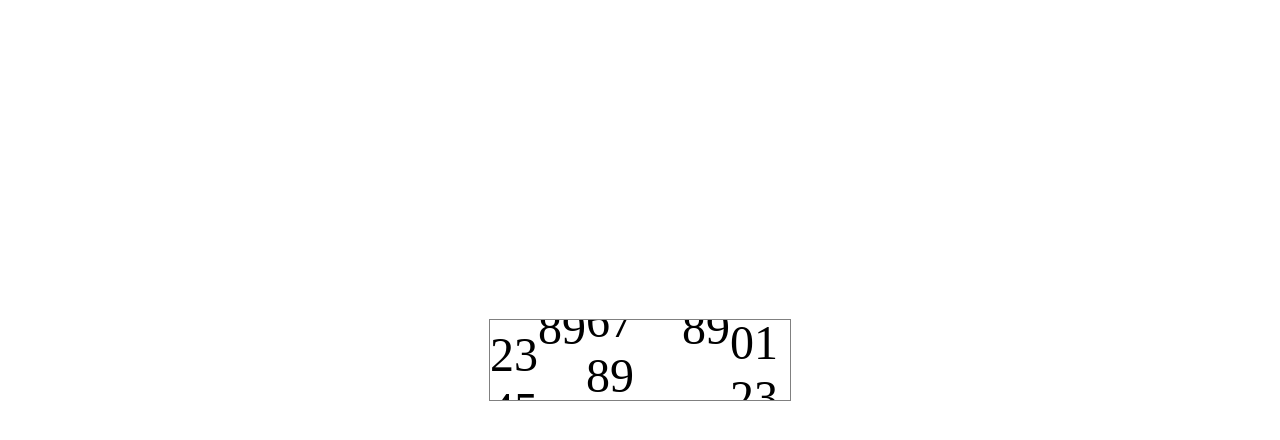
Repository: cbtpro/javascript
Page: src/animation-time/index.html
The author's editor kept a copy of each file at every save. The page is drawn from the files as they stood at one save, then again after the next save.
The browser window is 1280 px wide. The pictures show the whole page.

Above is the page before, as saved 2023-04-05 17:22:05.

### src/animation-time/index.html
<!DOCTYPE html>
<html lang="zh" dir="ltr">

<head>
  <meta charset="utf-8">
  <title>动画时间</title>
  <style type="text/css">
    * {
      margin: 0;
      padding: 0;
    }
    html,
    body {
      margin: 0;
    }

    .container {
      font-size: 12px;
      position: absolute;
      top: 50%;
      left: 50%;
      width: 300px;
      height: 80px;
      transform: translate(-50%, -50%);
      border: 1px gray solid;
      overflow: hidden;
    }

    .time-block {
      float: left;
      position: relative;
      font-size: 4em;
      width: 1em;
      text-align: center;
      word-wrap: break-word;
      transition: top 1s;
    }
  </style>
  <script type="text/javascript">
    /**
    * 生成安全随机数
    * @param {*} min 最小值（包含）
    * @param {*} max 最大值（包含）
    * @param {*} isFloat 是否带小数
    * @returns {number} 范围内随机数
    */
    const random = function (min = 0, max = 100, isFloat = false) {
      const array = new Uint32Array(1)
      const maxUint = 0xffffffff
      const randomNumber = crypto.getRandomValues(array)[0] / maxUint
      const randomRangeValue = (max - min + 1) * randomNumber + min
      return isFloat ? randomRangeValue : Math.floor(randomRangeValue)
    }
    // window.onload = () => {
    //   let timeBlocks = document.querySelectorAll('.time-block')
    //   setInterval(() => {
    //     let now = new Date()
    //     let timeStr = `${now.getHours()}${now.getMinutes()}${now.getSeconds()}`
    //     Array.from(timeStr, (num, i) => {
    //       let n = Number(num);
    //       timeBlocks.item(i).style.top = -83 * n + 'px';
    //     })
    //   }, 1000)
    // }
    const tick = (timeBlocks) => {
      let now = new Date()
      let timeStr = `${now.getHours()}${now.getMinutes()}${now.getSeconds()}`
      console.log(timeStr);
      Array.from(timeStr, (num, i) => {
        let n = Number(num);
        timeBlocks.item(i).style.top = -1 * n + 'em';
      })
    }
    const start = () => {
      let timeBlocks = document.querySelectorAll('.time-block')
      window.setTimeout(() => {
        tick(timeBlocks);
        start();
      }, 1000)
    };
    window.onload = () => {
      start();
    }
  </script>
</head>

<body>
  <div class="container">
    <div class="time-block">0123456789</div>
    <div class="time-block">0123456789</div>
    <div class="time-block">0123456789</div>
    <div class="time-block">0123456789</div>
    <div class="time-block">0123456789</div>
    <div class="time-block">0123456789</div>
  </div>
</body>

</html>

After the next save:
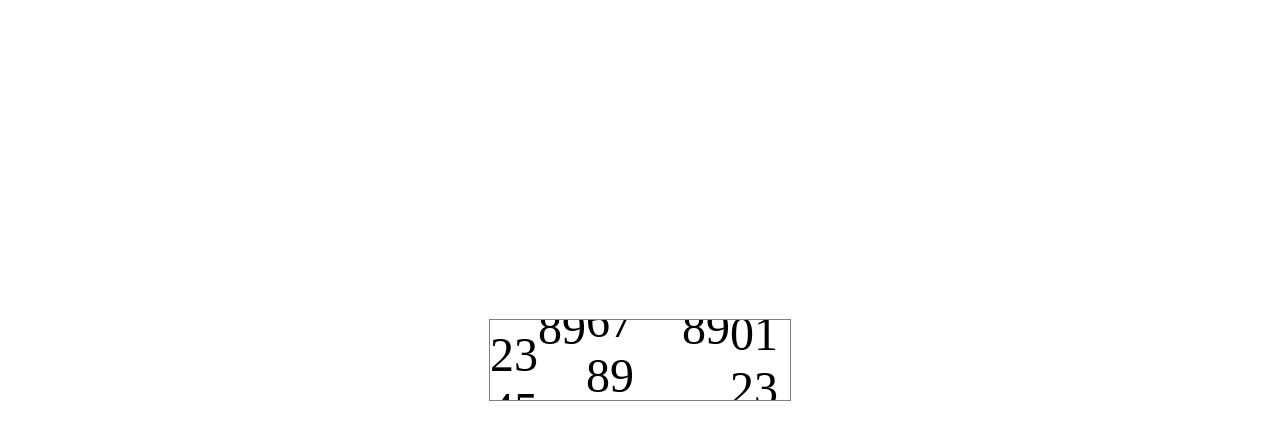
Saved 17 s later.
--- a/src/animation-time/index.html
+++ b/src/animation-time/index.html
@@ -33,7 +33,7 @@
       width: 1em;
       text-align: center;
       word-wrap: break-word;
-      transition: top 1s;
+      transition: top 0.5s;
     }
   </style>
   <script type="text/javascript">
